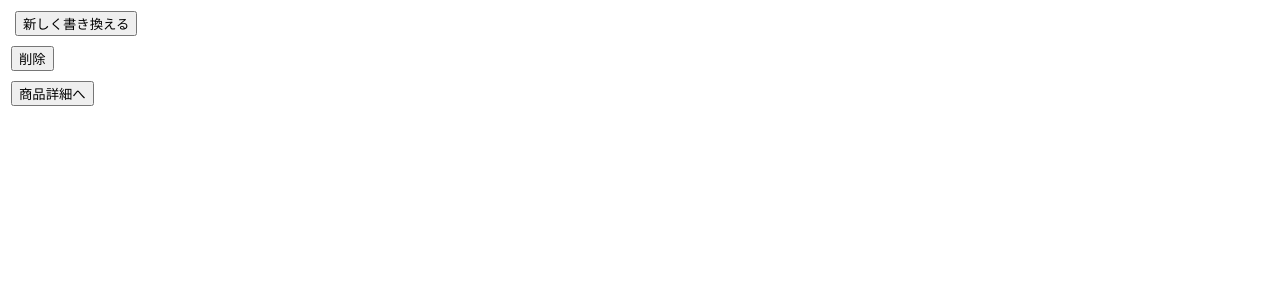
Repository: a4b3c2d1/backup
Page: http://localhost/sagaone-master/reviewCheck.jsp
An editor plug-in stored every save of this project. The page is shown before and after the next save, followed by the edit.
The browser window is 1280 px wide. The pictures show the whole page.
The page is served by Tomcat 9.

Above is the page before, as saved 2018-01-13 15:40:05.

After the next save:
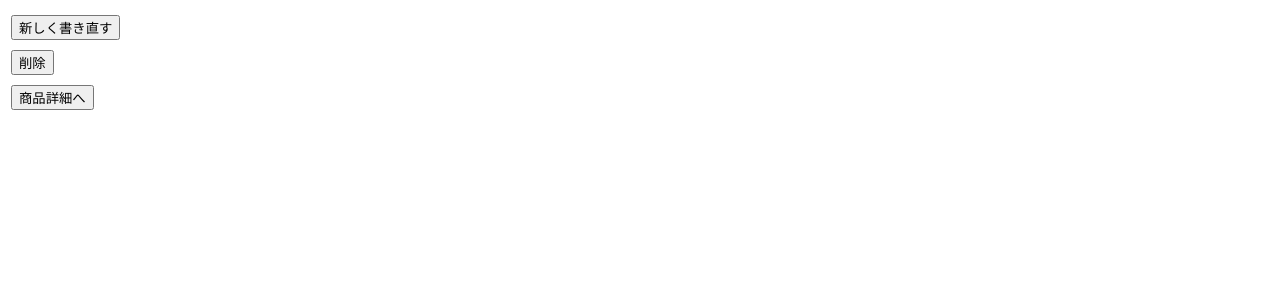
Saved 51 s later.
--- a/sagaone-master/WebContent/reviewCheck.jsp
+++ b/sagaone-master/WebContent/reviewCheck.jsp
@@ -32,7 +32,7 @@
 
 	<s:form action="ReviewChangeAction">
 		<td><input type="hidden" name="changeflg" value="1"></input></td>
-		<td><input type="submit" value="新しく書き換える"></input></td>
+		<s:submit value="新しく書き直す"></s:submit>
 
 	</s:form>
 
